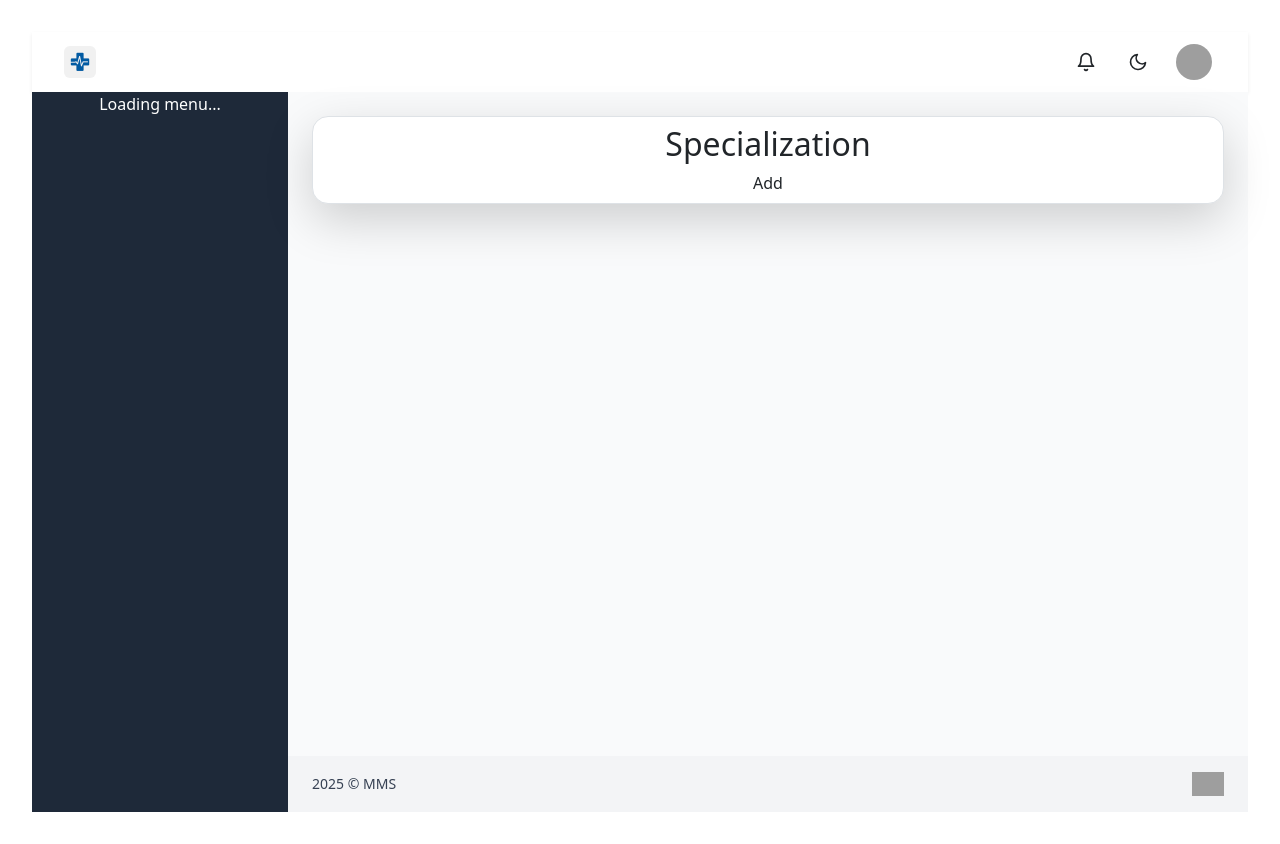
Repository: Giri1103r/Medical_Management_System
Page: /specialization (app in my-app/)
An editor plug-in stored every save of this project. The page is shown before and after a run of saves, followed by the edit.
The browser window is 1280 px wide. The pictures show the whole page.
Pictures or frames that could not be fetched are drawn as grey boxes. The page's requests for data from a server got no answer. The project was rebuilt for these pictures with package versions that can differ from the ones it lists, and the page was loaded fresh each time. No one was signed in, and anything a server would have sent is missing. Also part of the build but not shown: my-app/vite.config.js, my-app/src/Register.jsx, my-app/src/Home.jsx, my-app/src/Login.jsx, my-app/src/layouts/Partial/side_bar.jsx, my-app/src/Dashboard.jsx, my-app/src/api.jsx, my-app/src/Profile.jsx and 2 more.

Above is the page before, as saved 2025-09-19 09:45:42.

### my-app/index.html
<!doctype html>
<html lang="en">
  <head>
    <meta charset="UTF-8" />
    <link rel="icon" type="image/svg+xml" href="" />
    <meta name="viewport" content="width=device-width, initial-scale=1.0" />
  <title>%VITE_APP_NAME%</title>
  </head>
  <body>
    <div id="root"></div>
    <script type="module" src="/src/main.jsx"></script>
  </body>
</html>

### my-app/src/App.jsx
import { BrowserRouter as Router, Routes, Route, NavLink } from "react-router-dom";
import './App.css';
import Register from "./Register";
import Home from "./Home";
import Login from "./Login";
import Dashboard from "./Dashboard";
import Profile from "./Profile";
import { UserProvider } from "./context/UserContext";
import { MasterdataProvider } from "./context/MasterdataContext";
import Leftmenuadd from "./admin/leftmenu/Leftmenuadd";
import SpecializationAdd from "./admin/specialization/SpecializationAdd";
import SpecializationList from "./admin/specialization/SpecializationList";





function App() {
  return (
    <UserProvider>
      <MasterdataProvider>

          <Router>

            <div className="">
              <Routes>

                <Route path="/register" element={<Register />} />
                <Route path="/" element={<Login />} />
                <Route path="/dashboard" element={<Dashboard />} />
                <Route path="/profile" element={<Profile />}></Route>
                <Route path="/leftmenu" element={<Leftmenuadd />}></Route>
                <Route path="/specialization/add" element={<SpecializationAdd/>} />
                <Route path="/specialization" element={<SpecializationList/>} />
              </Routes>
            </div>
          </Router>

      </MasterdataProvider>
    </UserProvider>

  );
}

export default App;

### my-app/src/context/UserContext.jsx
import React, { createContext, useState, useEffect } from "react";
import { jwtDecode } from "jwt-decode";// fixed import for Vite

export const UserContext = createContext();

export const UserProvider = ({ children }) => {
  const [user, setUser] = useState(null);

  useEffect(() => {
    const token = localStorage.getItem("token");
    if (token) {
      try {
        const decoded = JSON.parse(atob(token.split('.')[1]));
        const userId = decoded.id;

        fetch(`/users/${userId}`, {
          headers: { Authorization: `Bearer ${token}` },
        })
          .then(res => res.json())
          .then(data => setUser(data))
          .catch(err => {
            console.error("Failed to fetch user details", err);
            setUser(null);
          });

      } catch (error) {
        console.error("Invalid token", error);
        setUser(null);
      }
    }
  }, []);


  return (
    <UserContext.Provider value={{ user, setUser }}>
      {children}
    </UserContext.Provider>
  );
};

### my-app/src/context/MasterdataContext.jsx
// src/context/MasterdataContext.jsx
import React, { createContext, useState } from "react";
import axios from "axios";

// Only declare once
export const MasterdataContext = createContext();

export const MasterdataProvider = ({ children }) => {
  const [data, setData] = useState({});
  const [loading, setLoading] = useState({});

  const fetchData = async (key, url) => {
    setLoading(prev => ({ ...prev, [key]: true }));
    try {
      const res = await axios.get(url);
      setData(prev => ({ ...prev, [key]: res.data }));
    } catch (err) {
      console.error(`Error fetching ${key}:`, err);
      setData(prev => ({ ...prev, [key]: [] }));
    } finally {
      setLoading(prev => ({ ...prev, [key]: false }));
    }
  };

  return (
    <MasterdataContext.Provider value={{ data, loading, fetchData }}>
      {children}
    </MasterdataContext.Provider>
  );
};

### my-app/src/admin/specialization/SpecializationList.jsx
import React from 'react'
import AdminLayout from '../../layouts/adminLayout';

const SpecializationList = () => {

  return (
    <AdminLayout>
      <div className=" rounded-2xl overflow-hidden shadow-lg bg-white border">

        <div className="p-2">
          <h2 className="text-sm font-bold text-gray-800">Specialization</h2>
          <button className='a'>Add</button>
        </div>
      </div>

    </AdminLayout>
  )
}

export default SpecializationList

### my-app/src/layouts/adminLayout.jsx
import React from "react";
import Header from "./Partial/header";
import Footer from "./Partial/footer";
import LeftMenu from "./Partial/left_menu";

const AdminLayout = ({ title, children }) => {
  return (
    <div id="wrapper" className="flex flex-col min-h-screen w-full">

      <Header title={title} />


      <div className="flex flex-grow w-full">

        <aside className="w-64 bg-gray-800 text-white min-h-screen">
          <LeftMenu />
        </aside>


        <main className="flex-grow flex flex-col bg-gray-50">
          <div className="flex-grow p-4">{children}</div>

          {/* Footer at the bottom */}
          <Footer />
        </main>
      </div>
    </div>
  );
};

export default AdminLayout;

### my-app/src/layouts/Partial/header.jsx
// Header.jsx
import React, { useContext, useEffect, useState } from "react";
import { Bell, Menu, LogOut, User,Sun,Moon } from "react-feather";
import { UserContext } from "../../context/UserContext";
import { useNavigate } from "react-router-dom";

const Header = ({ notifications, user, onLogout, title }) => {
  const [unreadCount, setUnreadCount] = useState(null);
  const [darkmode , setDarkmode] = useState(localStorage.getItem("theme")==="dark");

  useEffect(() =>{
    if(darkmode){
      document.documentElement.classList.add("dark");
      localStorage.setItem("theme","dark");
    }else {
      document.documentElement.classList.remove("dark");
      localStorage.setItem("theme", "light");
    }
  },[darkmode]);
  const navigate = useNavigate();
  const { setUser } = useContext(UserContext);

  const markAllRead = () => {
    setUnreadCount(0);
  };

  const OnLogout = () => {
    localStorage.removeItem("token");
    if (setUser) setUser(null);
    navigate("/");
  };

  return (
    <header className="flex items-center justify-between px-4 py-2 shadow-sm bg-white">
      {/* Left: Logo and Title */}
      <div className="flex items-center">
        {/* Mobile menu button */}
        <button className="lg:hidden p-2 mr-2 border rounded bg-gray-100">
          <Menu size={20} />
        </button>

        {/* Logo */}
        <a href="/dashboard" className="flex items-center">
          <img src="/images/logo.png" alt="logo" className="mx-2 h-8 w-8 rounded" />
        </a>

        {/* Page title */}
        <h5 className="ml-3 text-lg font-medium">{title}</h5>
      </div>

      {/* Right: Notifications & Profile */}
      <div className="flex items-center space-x-4">
        {/* Notification */}
        <div className="relative">
          <button
            className="relative p-2 rounded hover:bg-gray-100"
            onClick={markAllRead}
          >
            <Bell size={20} />
            {unreadCount > 0 && (
              <span className="absolute top-0 right-0 inline-flex items-center justify-center px-1.5 py-0.5 text-xs font-bold leading-none text-white bg-red-600 rounded-full transform translate-x-1/2 -translate-y-1/2">
                {unreadCount}
              </span>
            )}
          </button>
          {/* Dropdown menu */}
          <div className="absolute right-0 mt-2 w-72 bg-white border rounded shadow-lg z-50 hidden group-hover:block">
            <div className="px-4 py-2 flex justify-between items-center border-b">
              <span className="font-semibold">Notifications</span>
              {unreadCount > 0 && (
                <span
                  className="text-blue-500 text-sm cursor-pointer"
                  onClick={markAllRead}
                >
                  Mark all read
                </span>
              )}
            </div>
            {/* Optional notifications list */}
            <div className="max-h-60 overflow-y-auto"></div>
            <div className="text-center border-t py-2">
              <a
                href="/notifications"
                className="text-blue-500 text-sm hover:underline"
              >
                View all
              </a>
            </div>
          </div>
        </div>

        {/* For Theme dark and light */}

        <div className="relative">
         <button className="  p-2 rounded hover:bg-gray-100 dark:hover:bg-gray-800" onClick={() => setDarkmode(!darkmode)}
         >
          {darkmode? <Sun size={20} /> : <Moon size={20} />}
         </button>

        </div>

        {/* Profile */}
        <div className="relative group">
          <button className="flex items-center p-1 rounded hover:bg-gray-100">
            <img
              src={user?.avatar || "/logo192.png"}
              alt="avatar"
              className="h-9 w-9 rounded-full mr-2"
            />
          </button>

          {/* Dropdown menu */}
          <div className="absolute right-0 mt-2 w-48 bg-white border rounded shadow-lg z-50 hidden group-hover:block">
            <div className="px-4 py-2 border-b">{user?.name}</div>
            <a
              href="/profile"
              className="flex items-center px-4 py-2 text-gray-700 hover:bg-gray-100"
            >
              <User size={16} className="mr-2" /> My Account
            </a>
            <div className="border-t"></div>
            <button
              onClick={onLogout || OnLogout}
              className="flex items-center w-full px-4 py-2 text-gray-700 hover:bg-gray-100"
            >
              <LogOut size={16} className="mr-2" /> Logout
            </button>
          </div>
        </div>
      </div>
    </header>
  );
};

export default Header;

### my-app/src/layouts/Partial/footer.jsx
import React from "react";

const Footer = () => {
  return (
    <footer className="bg-gray-100 py-3 mt-auto">
      <div className="container mx-auto px-4">
        <div className="flex flex-col md:flex-row justify-between items-center">
          {/* Left Side */}
          <div className="text-gray-700 text-sm">
            {new Date().getFullYear()} &copy; {import.meta.env.VITE_APP_NAME}
          </div>


          <div className="hidden sm:flex items-center space-x-2 text-sm text-gray-600">

            <img
              src="/assets/images/neoehs.svg"
              className="h-6" // 25px approx
              alt=""
            />
          </div>
        </div>
      </div>
    </footer>

  );
};

export default Footer;

### my-app/src/layouts/Partial/left_menu.jsx
import React, { useEffect, useState } from 'react'
import  SidebarMenu from "./side_bar";

const left_menu = () => {
    const [menuData, setMenuData] = useState([]);

    useEffect(() => {
        fetch("http://localhost:5000/api/leftmenus/getmenus")
            .then(response => response.json())
            .then(data => setMenuData(data))
            .catch(error => console.error('Error fetching menu data:', error));
    }, []);

    return (
        <div>
            {menuData.length > 0 ? (
                <SidebarMenu menuData={menuData} />
            ) : (
                <p>Loading menu...</p>
            )}
        </div>
    )
}

export default left_menu

Loaded but not shown: my-app/src/main.jsx (common file); my-app/src/index.css (common file); my-app/src/App.css (common file)

After the next 3 saves:
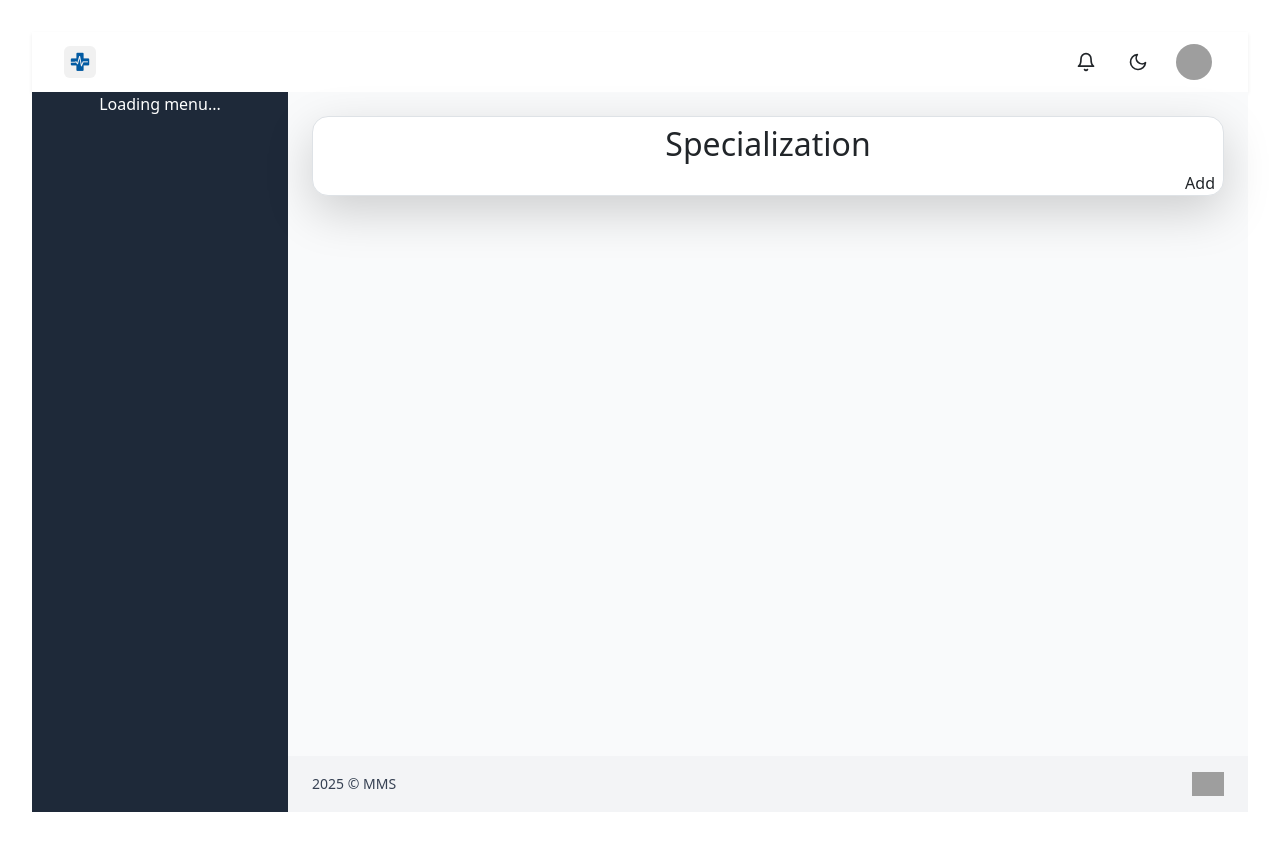
The 3 saves are shown as one change because they came seconds apart.
The last was saved 10 s later.
--- a/my-app/src/admin/specialization/SpecializationList.jsx
+++ b/my-app/src/admin/specialization/SpecializationList.jsx
@@ -9,7 +9,7 @@ const SpecializationList = () => {
 
         <div className="p-2">
           <h2 className="text-sm font-bold text-gray-800">Specialization</h2>
-          <button className='a'>Add</button>
+          <button className='float-end '>Add</button>
         </div>
       </div>
 
